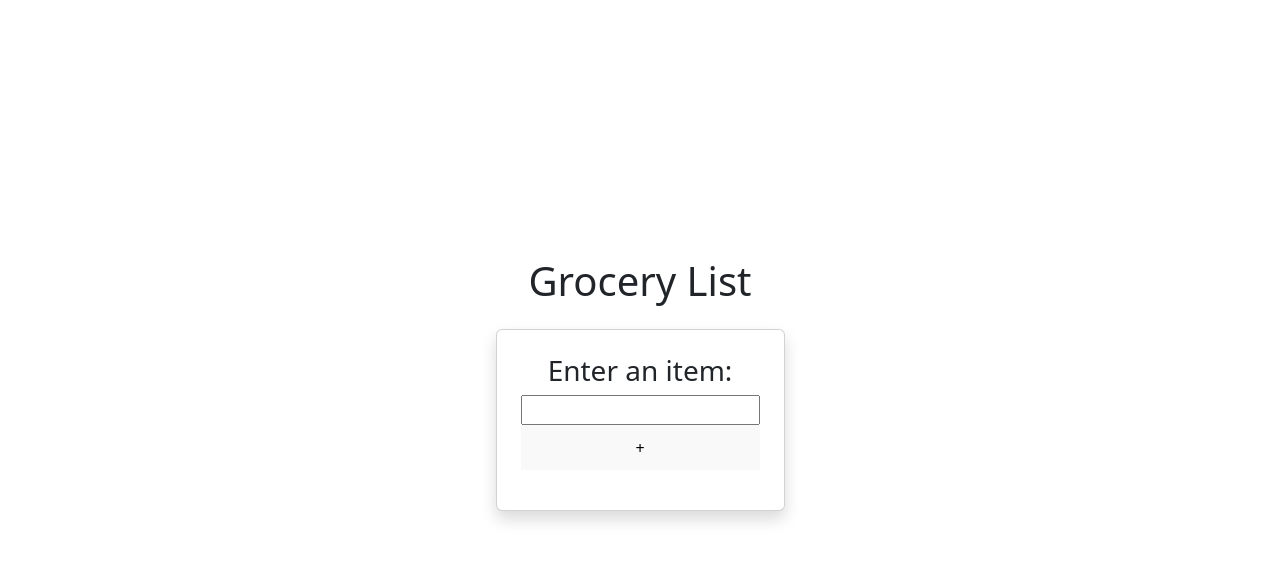
Repository: JuliaW05/CS491
Page: / (app in GroceryList/)
An editor plug-in stored every save of this project. The page is shown before and after a run of saves, followed by the edit.
The browser window is 1280 px wide. The pictures show the whole page.
The project was rebuilt for these pictures with package versions that can differ from the ones it lists, and the page was loaded fresh each time. Also part of the build but not shown: GroceryList/vite.config.js.

Above is the page before, as saved 2026-03-04 23:39:25.

### GroceryList/index.html
<!doctype html>
<html lang="en">
  <head>
    <meta charset="UTF-8" />
    <link rel="icon" type="image/svg+xml" href="/vite.svg" />
    <meta name="viewport" content="width=device-width, initial-scale=1.0" />
    <title>grocery-list</title>
  </head>
  <body>
    <div id="root"></div>
    <script type="module" src="/src/main.jsx"></script>
  </body>
</html>

### GroceryList/src/App.jsx
import { useState } from "react";
import "./App.css";
import "bootstrap/dist/css/bootstrap.min.css";
import GroceryList from "./GroceryList";

function App() {
  return (
    <>
      <div className="container text-center mt-5">
        <h1 className="mb-4">Grocery List</h1>
        <GroceryList></GroceryList>
      </div>
    </>
  );
}

export default App;

### GroceryList/src/GroceryList.jsx
import "./App.css";
import { useState } from "react";

const GroceryList = () => {
  const [list, setList] = useState([]);
  const [item, setItem] = useState("");

  const addItem = () => {
    setList([...list, item]);
    setItem("");
  };

  return (
    <div className="card p-4 shadow">
        <h3>Enter an item:</h3>
      <input
        type="text"
        value={item}
        onChange={(e) => setItem(e.target.value)} />
      <button onClick={addItem}>+</button>

      <ul>
        {" "}
        {list.map((i, index) => (
          <li key={index}>{i}</li>
        ))}
      </ul>
    </div>
  );
};

export default GroceryList;

Loaded but not shown: GroceryList/src/main.jsx (common file); GroceryList/src/index.css (common file); GroceryList/src/App.css (common file)

After the next 4 saves:
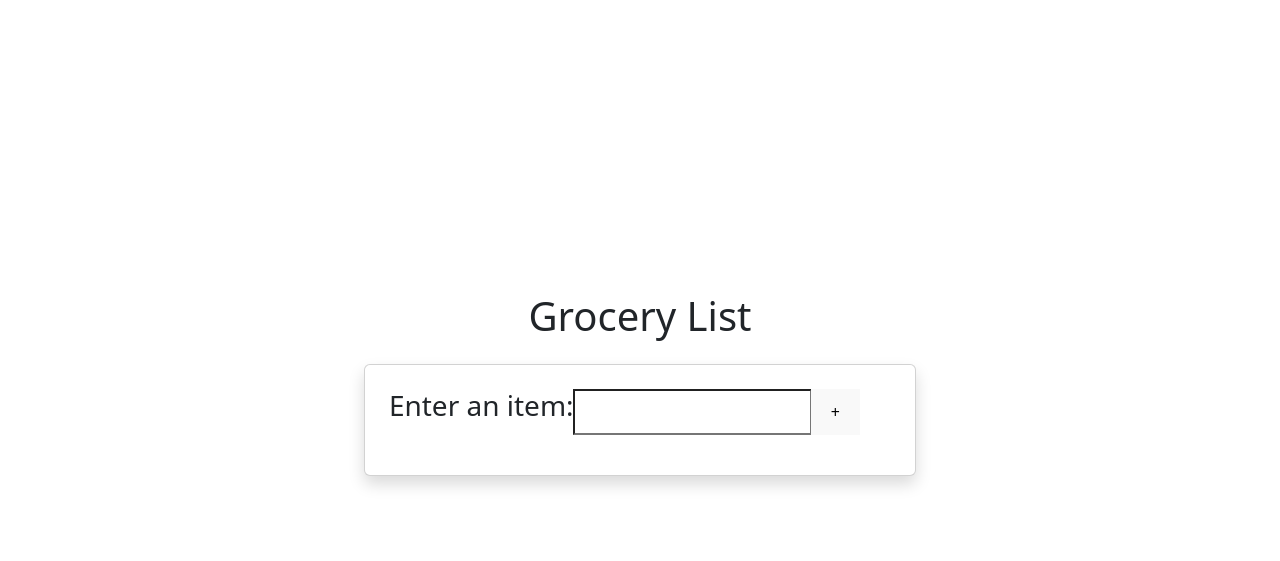
The 4 saves are shown as one change because they came seconds apart.
The last was saved 29 s later.
--- a/GroceryList/src/GroceryList.jsx
+++ b/GroceryList/src/GroceryList.jsx
@@ -12,19 +12,22 @@ const GroceryList = () => {
 
   return (
     <div className="card p-4 shadow">
+      <div className="input-group mb-3">
         <h3>Enter an item:</h3>
-      <input
-        type="text"
-        value={item}
-        onChange={(e) => setItem(e.target.value)} />
-      <button onClick={addItem}>+</button>
+        <input
+          type="text"
+          value={item}
+          onChange={(e) => setItem(e.target.value)}
+        />
+        <button onClick={addItem}>+</button>
 
-      <ul>
-        {" "}
-        {list.map((i, index) => (
-          <li key={index}>{i}</li>
-        ))}
-      </ul>
+        <ul>
+          {" "}
+          {list.map((i, index) => (
+            <li key={index}>{i}</li>
+          ))}
+        </ul>
+      </div>
     </div>
   );
 };
